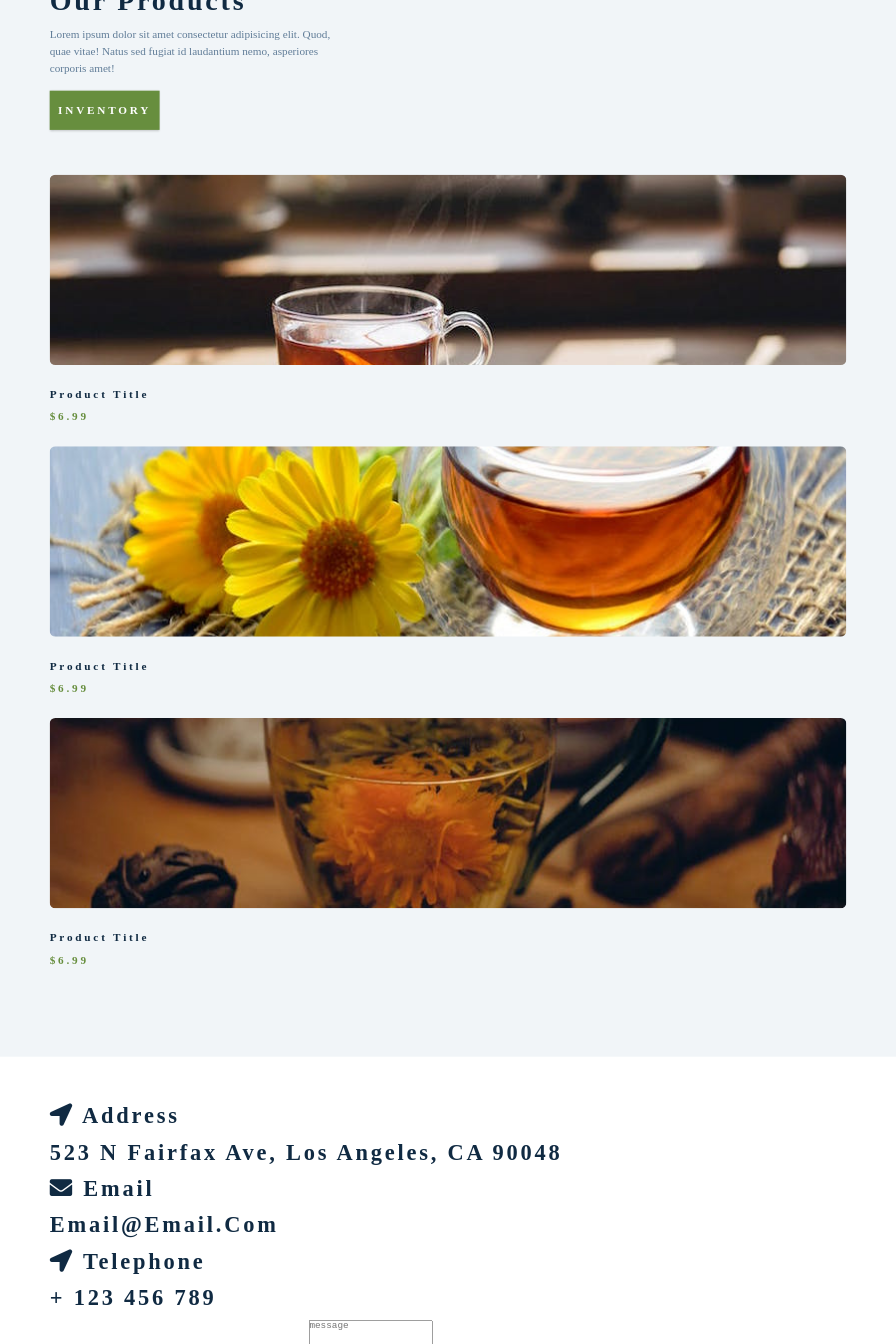
Repository: Ndifoinhilary/building_tea_site
Page: index.html
The author's editor kept a copy of each file at every save. The page is drawn from the files as they stood at one save, then again after the next save.
The browser window is 1280 px wide. The pictures show the part of the page from y = 1801 to 3721 px (the page is 4031 px tall before and 3267 px after), at 70% of full size.
Backgrounds fixed to the window are drawn as part of the page. Some web fonts or font styles are not loaded; a fallback is used.

Above is the page before, as saved 2024-01-06 13:10:38.

After the next save:
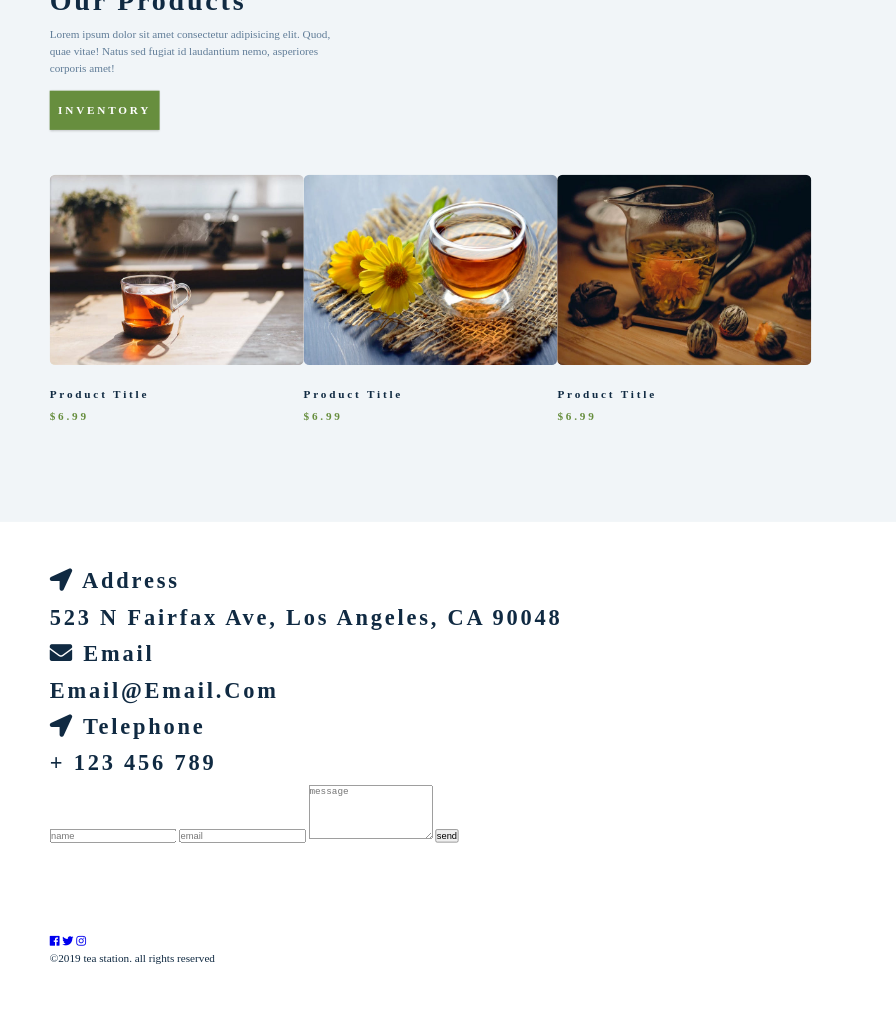
Saved 2 min 53 s later.
--- a/css/styles.css
+++ b/css/styles.css
@@ -301,3 +301,10 @@ product section
 .product-price{
   color: var(--clr-primary);
 }
+
+@media screen and (min-width:768px) {
+.product{
+  float: left;
+}
+
+}
